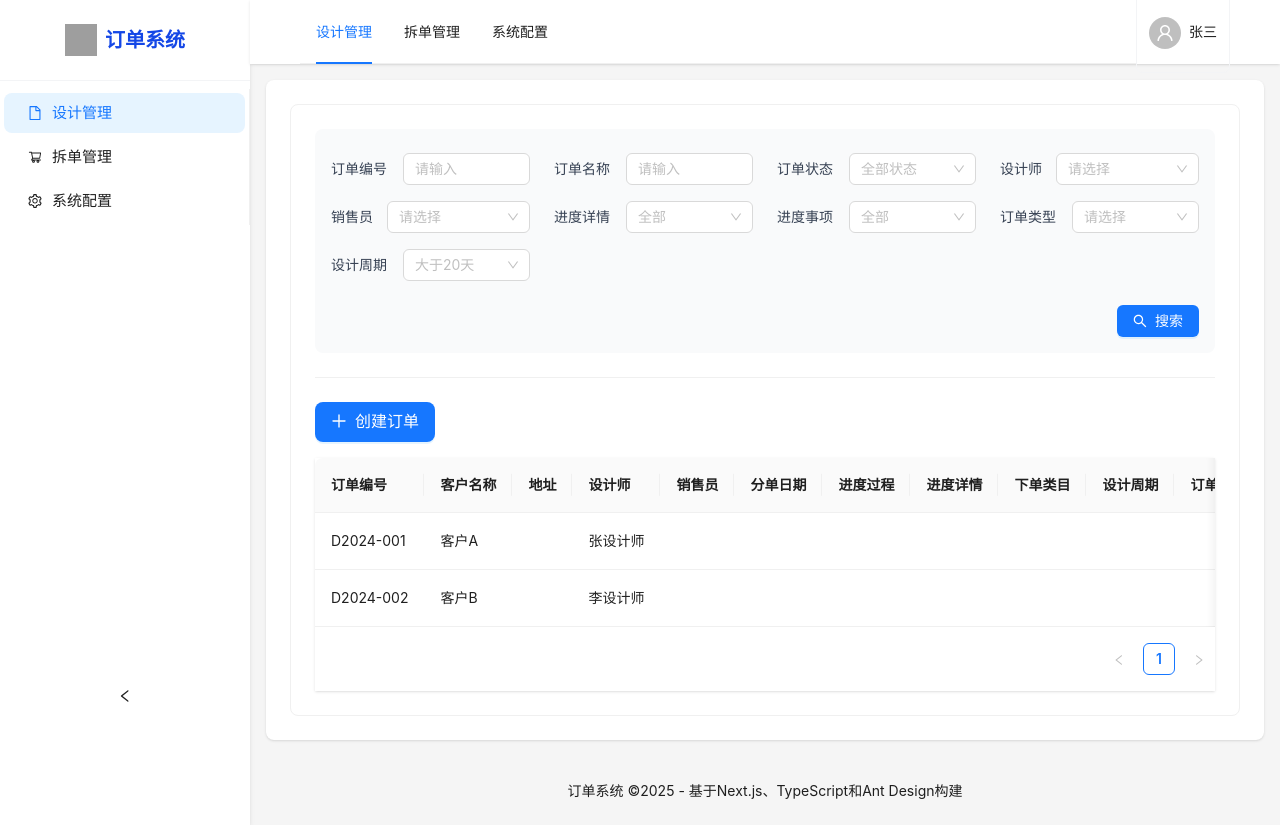
Repository: Garyxiwang/order_system
Page: /design (app in front/)
An editor plug-in stored every save of this project. The page is shown before and after the next save, followed by the edit.
The browser window is 1280 px wide. The pictures show the whole page.
Pictures or frames that could not be fetched are drawn as grey boxes. The project was rebuilt for these pictures with package versions that can differ from the ones it lists, and the page was loaded fresh each time. The framework's server and built-in components were replaced by stand-ins that run in the browser. Also part of the build but not shown: front/next.config.js, front/next.config.ts.

Above is the page before, as saved 2025-08-04 15:08:00.

### front/src/app/layout.tsx
import type { Metadata } from "next";
import { Geist, Geist_Mono } from "next/font/google";
import "./globals.css";

const geistSans = Geist({
  variable: "--font-geist-sans",
  subsets: ["latin"],
});

const geistMono = Geist_Mono({
  variable: "--font-geist-mono",
  subsets: ["latin"],
});

export const metadata: Metadata = {
  title: "订单系统",
  description: "基于Next.js、TypeScript和Ant Design构建的订单系统",
};

import AppLayout from '@/components/layout/AppLayout';

export default function RootLayout({
  children,
}: Readonly<{
  children: React.ReactNode;
}>) {
  return (
    <html lang="zh-CN">
      <body
        className={`${geistSans.variable} ${geistMono.variable} antialiased`}
      >
        <AppLayout>
          {children}
        </AppLayout>
      </body>
    </html>
  );
}

### front/src/app/design/page.tsx
"use client";

import React, { useState } from "react";
import {
  Typography,
  Card,
  Table,
  Button,
  Space,
  Input,
  Select,
  Row,
  Col,
  Divider,
} from "antd";
import { SearchOutlined, PlusOutlined } from "@ant-design/icons";

const { Title } = Typography;
const { Option } = Select;

const DesignPage: React.FC = () => {
  const [activeTab, setActiveTab] = useState("1");
  const [selectedDesign, setSelectedDesign] = useState<string | null>(null);

  // 模拟设计页数据
  const designData = [
    {
      key: "1",
      designNumber: "D2024-001",
      customerName: "客户A",
      productName: "产品X",
      designer: "张设计师",
      status: "进行中",
      createTime: "2024-06-20",
      previewImage: "/file.svg", // 使用已有的图片
    },
    {
      key: "2",
      designNumber: "D2024-002",
      customerName: "客户B",
      productName: "产品Y",
      designer: "李设计师",
      status: "已完成",
      createTime: "2024-06-18",
      previewImage: "/globe.svg", // 使用已有的图片
    },
  ];

  const columns = [
    {
      title: "订单编号",
      dataIndex: "designNumber",
      key: "designNumber",
    },
    {
      title: "客户名称",
      dataIndex: "customerName",
      key: "customerName",
    },
    {
      title: "地址",
      dataIndex: "address",
      key: "customerName",
    },
    {
      title: "设计师",
      dataIndex: "designer",
      key: "designer",
    },
    {
      title: "销售员",
      dataIndex: "salesperson",
      key: "salesperson",
    },
    {
      title: "分单日期",
      dataIndex: "splitTime",
      key: "splitTime",
    },
    {
      title: "进度过程",
      dataIndex: "progress",
      key: "progress",
    },
    {
      title: "进度详情",
      dataIndex: "progressDetail",
      key: "progressDetail",
    },
    {
      title: "下单类目",
      dataIndex: "category",
      key: "category",
    },
    {
      title: "设计周期",
      dataIndex: "cycle",
      key: "cycle",
    },
    {
      title: "订单状态",
      dataIndex: "state",
      key: "state",
    },
    {
      title: "订单类型",
      dataIndex: "orderType",
      key: "orderType",
    },
    {
      title: "备注",
      dataIndex: "remark",
      key: "remark",
    },
    {
      title: "操作",
      key: "action",
      render: (_: unknown, record: Record<string, string | number>) => (
        <Space size="middle">
          <Button type="link" size="small">
            编辑
          </Button>
          <Button type="link" size="small">
            更新进度
          </Button>
          <Button type="link" size="small">
            下单
          </Button>
        </Space>
      ),
    },
  ];

  return (
    <div>
      <Card variant="outlined" className="shadow-none">
        {/* 搜索和过滤区域 */}
        <div className="mb-6 bg-gray-50 p-4 rounded-lg">
          <Row gutter={24}>
            <Col span={6} className="py-2">
              <div className="flex items-center gap-2">
                <label className="whitespace-nowrap text-sm font-medium text-gray-700 min-w-16">
                  订单编号
                </label>
                <Input
                  placeholder="请输入"
                  className="rounded-md border-gray-200 flex-1"
                  size="middle"
                />
              </div>
            </Col>
            <Col span={6} className="py-2">
              <div className="flex items-center gap-2">
                <label className="whitespace-nowrap text-sm font-medium text-gray-700 min-w-16">
                  订单名称
                </label>
                <Input
                  placeholder="请输入"
                  className="rounded-md border-gray-200 flex-1"
                  size="middle"
                />
              </div>
            </Col>
            <Col span={6} className="py-2">
              <div className="flex items-center gap-2">
                <label className="whitespace-nowrap text-sm font-medium text-gray-700 min-w-16">
                  订单状态
                </label>
                <Select
                  placeholder="全部状态"
                  className="rounded-md flex-1"
                  size="middle"
                >
                  <Option value="inProgress">进行中</Option>
                  <Option value="completed">已下单</Option>
                </Select>
              </div>
            </Col>
            <Col span={6} className="py-2">
              <div className="flex items-center gap-2">
                <label className="whitespace-nowrap text-sm font-medium text-gray-700 min-w-12">
                  设计师
                </label>
                <Select
                  placeholder="请选择"
                  className="rounded-md flex-1"
                  size="middle"
                >
                  <Option value="designer1">设计师1</Option>
                  <Option value="designer2">设计师2</Option>
                </Select>
              </div>
            </Col>
            <Col span={6} className="py-2">
              <div className="flex items-center gap-2">
                <label className="whitespace-nowrap text-sm font-medium text-gray-700 min-w-12">
                  销售员
                </label>
                <Select
                  placeholder="请选择"
                  className="rounded-md flex-1"
                  size="middle"
                >
                  <Option value="designer1">销售员1</Option>
                  <Option value="designer2">销售员2</Option>
                  <Option value="designer2">销售员3</Option>
                </Select>
              </div>
            </Col>
            <Col span={6} className="py-2">
              <div className="flex items-center gap-2">
                <label className="whitespace-nowrap text-sm font-medium text-gray-700 min-w-16">
                  进度详情
                </label>
                <Select
                  placeholder="全部"
                  className="rounded-md flex-1"
                  size="middle"
                >
                  <Option value="designing">正常进行中</Option>
                  <Option value="reviewing">等硬装</Option>
                  <Option value="completed">客户待打款</Option>
                  <Option value="completed">待客户确认</Option>
                  <Option value="completed">其他</Option>
                </Select>
              </div>
            </Col>
            <Col span={6} className="py-2">
              <div className="flex items-center gap-2">
                <label className="whitespace-nowrap text-sm font-medium text-gray-700 min-w-16">
                  进度事项
                </label>
                <Select
                  placeholder="全部"
                  className="rounded-md flex-1"
                  size="middle"
                >
                  <Option value="normal">量尺</Option>
                  <Option value="important">初稿</Option>
                  <Option value="urgent">已报价未打款</Option>
                  <Option value="urgent">已打款</Option>
                  <Option value="urgent">已下单</Option>
                </Select>
              </div>
            </Col>
            <Col span={6} className="py-2">
              <div className="flex items-center gap-2">
                <label className="whitespace-nowrap text-sm font-medium text-gray-700 min-w-16">
                  订单类型
                </label>
                <Select
                  placeholder="请选择"
                  className="rounded-md flex-1"
                  size="middle"
                >
                  <Option value="design">设计单</Option>
                  <Option value="development">拆单订单</Option>
                </Select>
              </div>
            </Col>
            <Col span={6} className="py-2">
              <div className="flex items-center gap-2">
                <label className="whitespace-nowrap text-sm font-medium text-gray-700 min-w-16">
                  设计周期
                </label>
                <Select
                  placeholder="大于20天"
                  className="rounded-md flex-1"
                  size="middle"
                >
                  <Option value="short">小于10天</Option>
                  <Option value="medium">10-20天</Option>
                  <Option value="long">大于20天</Option>
                </Select>
              </div>
            </Col>
          </Row>
          <Row className="mt-4">
            <Col span={24} className="text-right">
              <Space>
                <Button
                  type="primary"
                  icon={<SearchOutlined />}
                  size="middle"
                  className="bg-blue-600 hover:bg-blue-700"
                >
                  搜索
                </Button>
              </Space>
            </Col>
          </Row>
        </div>
        <Divider className="my-4" />
        {/* 新增 */}
        <div className="flex justify-between items-center mb-4">
          <Button
            type="primary"
            icon={<PlusOutlined />}
            size="large"
            className="bg-blue-600 hover:bg-blue-700"
          >
            创建订单
          </Button>
        </div>

        {/* 表格区域 */}
        <Table
          columns={columns}
          dataSource={designData}
          bordered={false}
          pagination={{ pageSize: 10 }}
          className="shadow-sm"
          rowClassName="hover:bg-blue-50"
          scroll={{ x: "max-content" }}
        />
      </Card>
    </div>
  );
};

export default DesignPage;

### front/src/app/globals.css
@import "tailwindcss";
/* Ant Design 5.x不再需要全局导入CSS文件 */

:root {
  --background: #ffffff;
  --foreground: #171717;
}

@theme inline {
  --color-background: var(--background);
  --color-foreground: var(--foreground);
  --font-sans: var(--font-geist-sans);
  --font-mono: var(--font-geist-mono);
}

@media (prefers-color-scheme: dark) {
  :root {
    --background: #0a0a0a;
    --foreground: #ededed;
  }
}

body {
  background: var(--background);
  color: var(--foreground);
  font-family: Arial, Helvetica, sans-serif;
}

### front/src/components/layout/AppLayout.tsx
"use client";

import React, { useState } from "react";
import { Layout, Menu, Avatar, Dropdown, Button, Space } from "antd";
import type { MenuProps } from "antd";
import {
  UserOutlined,
  LogoutOutlined,
  BellOutlined,
  SettingOutlined,
} from "@ant-design/icons";
import SideMenu from "@/components/layout/SideMenu";
import AntdRegistry from "../AntdRegistry";
import { usePathname, useRouter } from "next/navigation";
import Link from "next/link";

const { Content, Footer, Sider, Header } = Layout;

interface AppLayoutProps {
  children: React.ReactNode;
}

const AppLayout: React.FC<AppLayoutProps> = ({ children }) => {
  const pathname = usePathname();
  const router = useRouter();
  const isLoginPage = pathname === "/login";

  // 模拟当前用户信息
  const [currentUser] = useState({
    name: "张三",
    avatar: "",
    role: "管理员",
  });

  // 处理退出登录
  const handleLogout = () => {
    // 实际项目中应该调用登出API，清除token等
    console.log("用户登出");
    router.push("/login");
  };

  // 用户下拉菜单项
  const userMenuItems: MenuProps["items"] = [
    // {
    //   key: "profile",
    //   icon: <UserOutlined />,
    //   label: "个人信息",
    // },
    // {
    //   key: "settings",
    //   icon: <SettingOutlined />,
    //   label: "账户设置",
    // },
    // {
    //   type: "divider",
    // },
    {
      key: "logout",
      icon: <LogoutOutlined />,
      label: "退出登录",
      onClick: handleLogout,
    },
  ];

  return (
    <AntdRegistry>
      {isLoginPage ? (
        <>{children}</>
      ) : (
        <Layout className="min-h-screen">
          <Layout>
            <Sider
              width={250}
              theme="light"
              className="min-h-screen shadow-md z-10 bg-gradient-to-b from-blue-50 to-white"
              breakpoint="lg"
              collapsible
            >
              <div className="flex items-center justify-center py-6 px-4 border-b border-gray-100">
                <div className="text-xl font-bold text-blue-700 flex items-center">
                  <img src="/globe.svg" alt="Logo" className="w-8 h-8 mr-2" />
                  <span>订单系统</span>
                </div>
              </div>
              <div className="py-2">
                <SideMenu />
              </div>
            </Sider>
            <Layout>
              <Header
                style={{ backgroundColor: "white" }}
                className="px-6 flex justify-between items-center shadow-sm h-16 sticky top-0 z-10"
              >
                <div className="flex-1">
                  <Menu
                    mode="horizontal"
                    selectedKeys={[pathname.split("/")[1] || ""]}
                    className="border-b-0 font-medium"
                    items={[
                      {
                        key: "design",
                        label: (
                          <Link
                            href="/design"
                            className="text-gray-700 hover:text-blue-600"
                          >
                            设计管理
                          </Link>
                        ),
                      },
                      {
                        key: "split",
                        label: (
                          <Link
                            href="/split"
                            className="text-gray-700 hover:text-blue-600"
                          >
                            拆单管理
                          </Link>
                        ),
                      },
                      {
                        key: "config",
                        label: (
                          <Link
                            href="/config"
                            className="text-gray-700 hover:text-blue-600"
                          >
                            系统配置
                          </Link>
                        ),
                      },
                    ]}
                  />
                </div>
                <div className="flex items-center">
                  {/* <Button
                    type="text"
                    icon={<BellOutlined className="text-lg" />}
                    className="mr-4 hover:bg-gray-100 h-10 w-10 flex items-center justify-center rounded-full"
                  /> */}
                  <Dropdown
                    menu={{ items: userMenuItems }}
                    placement="bottomRight"
                    arrow
                  >
                    <Space className="cursor-pointer px-3 py-2 rounded-md hover:bg-gray-100 border border-gray-100">
                      <Avatar icon={<UserOutlined />} className="bg-blue-500" />
                      <span className="font-medium">{currentUser.name}</span>
                    </Space>
                  </Dropdown>
                </div>
              </Header>
              <Content className="p-6 m-4 bg-white rounded-lg shadow-sm">
                {children}
              </Content>
              <Footer className="text-center text-gray-500 bg-transparent">
                订单系统 ©{new Date().getFullYear()} -
                基于Next.js、TypeScript和Ant Design构建
              </Footer>
            </Layout>
          </Layout>
        </Layout>
      )}
    </AntdRegistry>
  );
};

export default AppLayout;

### front/src/components/layout/SideMenu.tsx
'use client';

import React from 'react';
import { Menu } from 'antd';
import { FileOutlined, ShoppingCartOutlined, SettingOutlined, DashboardOutlined } from '@ant-design/icons';
import Link from 'next/link';
import { usePathname } from 'next/navigation';

const SideMenu: React.FC = () => {
  const pathname = usePathname();

  // 根据当前路径确定选中的菜单项
  const getSelectedKey = () => {
    if (pathname.startsWith('/design')) return ['design'];
    if (pathname.startsWith('/split')) return ['split'];
    if (pathname.startsWith('/config')) return ['config'];
    return [];
  };

  const menuItems = [
    {
      key: 'design',
      icon: <FileOutlined className="text-blue-600" />,
      label: <Link href="/design" className="text-gray-700 hover:text-blue-600 font-medium">设计管理</Link>,
    },
    {
      key: 'split',
      icon: <ShoppingCartOutlined className="text-blue-600" />,
      label: <Link href="/split" className="text-gray-700 hover:text-blue-600 font-medium">拆单管理</Link>,
    },
    {
      key: 'config',
      icon: <SettingOutlined className="text-blue-600" />,
      label: <Link href="/config" className="text-gray-700 hover:text-blue-600 font-medium">系统配置</Link>,
    },
  ];

  return (
    <Menu
      mode="inline"
      selectedKeys={getSelectedKey()}
      items={menuItems}
      className="border-r-0 bg-transparent"
      style={{ fontSize: '15px' }}
    />
  );
};

export default SideMenu;

### front/src/components/AntdRegistry.tsx
'use client';

import React from 'react';
import { createCache, extractStyle, StyleProvider } from '@ant-design/cssinjs';
import type Entity from '@ant-design/cssinjs/es/Cache';
import { useServerInsertedHTML } from 'next/navigation';

interface AntdRegistryProps {
  children: React.ReactNode;
}

const AntdRegistry = ({ children }: AntdRegistryProps) => {
  const cache = React.useMemo<Entity>(() => createCache(), []);

  useServerInsertedHTML(() => {
    return (
      <style
        id="antd"
        dangerouslySetInnerHTML={{ __html: extractStyle(cache, true) }}
      />
    );
  });

  return <StyleProvider cache={cache}>{children}</StyleProvider>;
};

export default AntdRegistry;

After the next save:
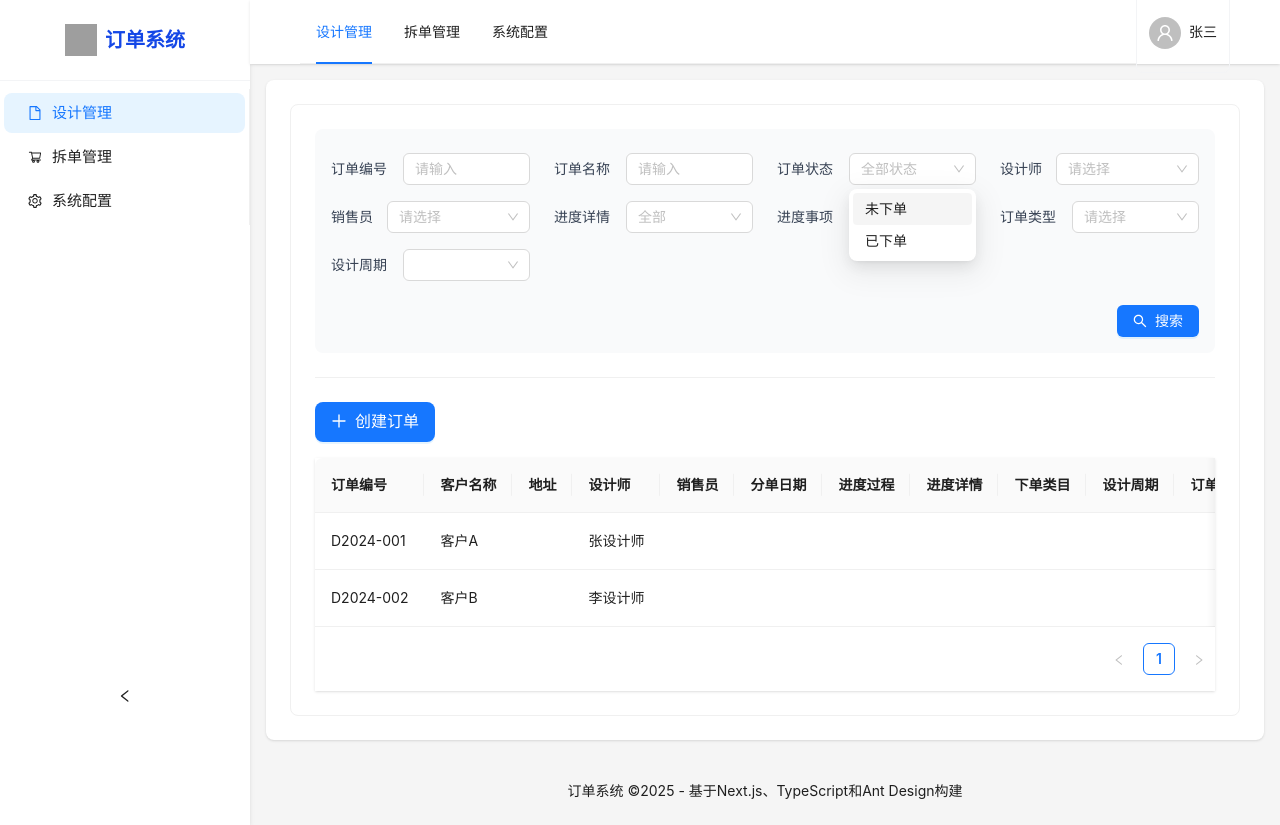
Saved 67 s later.
--- a/front/src/app/design/page.tsx
+++ b/front/src/app/design/page.tsx
@@ -170,9 +170,10 @@ const DesignPage: React.FC = () => {
                   placeholder="全部状态"
                   className="rounded-md flex-1"
                   size="middle"
-                >
-                  <Option value="inProgress">进行中</Option>
-                  <Option value="completed">已下单</Option>
+                  defaultOpen={"-1"}
+                >
+                  <Option value="-1">未下单</Option>
+                  <Option value="1">已下单</Option>
                 </Select>
               </div>
             </Col>
@@ -264,7 +265,7 @@ const DesignPage: React.FC = () => {
                   设计周期
                 </label>
                 <Select
-                  placeholder="大于20天"
+                  placeholder=""
                   className="rounded-md flex-1"
                   size="middle"
                 >
